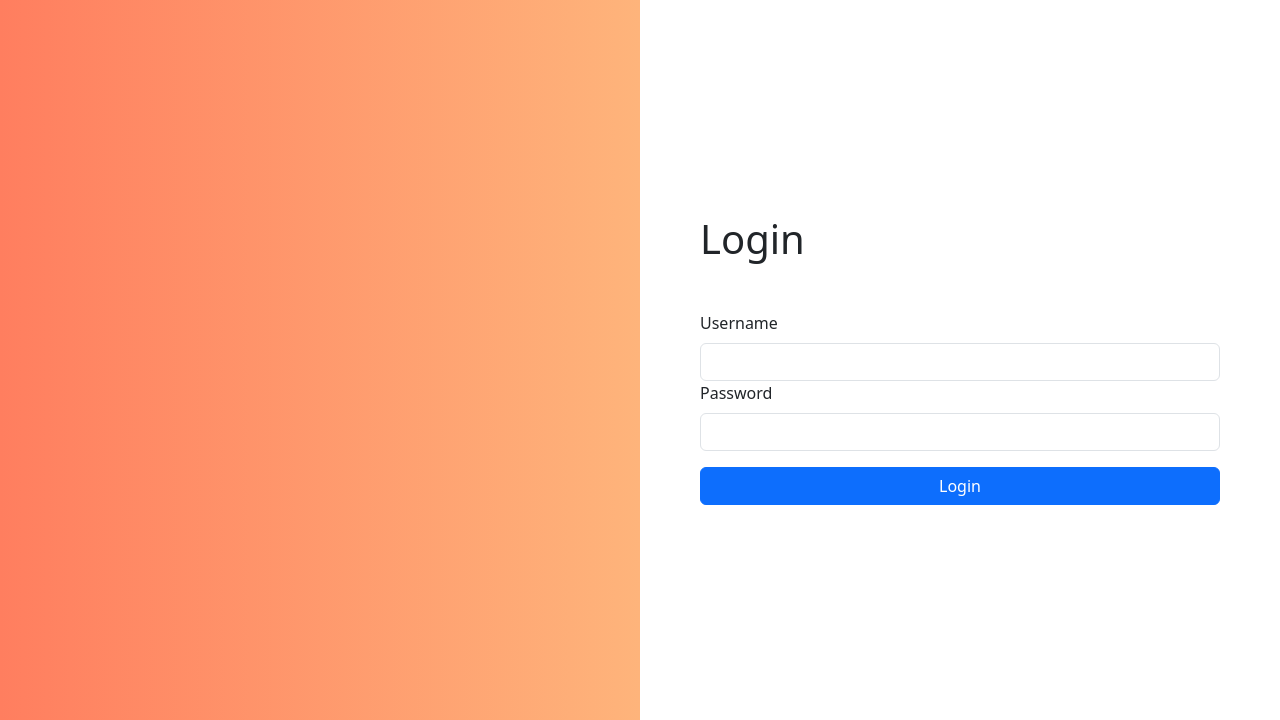
Repository: oboioz/SimpleTodoApp
Page: / (app in SimpleTodoAppFrontEnd/todo-app/)
An editor plug-in stored every save of this project. The page is shown before and after the next save, followed by the edit.
The browser window is 1280 px wide. The pictures show the whole page.
The project was rebuilt for these pictures with package versions that can differ from the ones it lists, and the page was loaded fresh each time.

Above is the page before, as saved 2024-04-03 20:36:34.

### SimpleTodoAppFrontEnd/todo-app/src/App.js
import 'bootstrap/dist/css/bootstrap.min.css';
import './App.css';
import TodoApp from './components/TodoApp';

function App() {
  return (
    <div className="App">
      <TodoApp />
    </div>
  )
}

export default App;

### SimpleTodoAppFrontEnd/todo-app/src/components/TodoApp.jsx
import LoginComponent from "./todo/Login/LoginComponent";

export default function TodoApp() {
    return (
        <div className="todo-app">
            <LoginComponent />
        </div>
    )
}

### SimpleTodoAppFrontEnd/todo-app/src/components/todo/Login/LoginComponent.jsx
import './LoginStyle.css';


function LoginComponent() {

    return (
        <div className="Login container-fluid">
            <div className="row align-items-center">
                <div className="col gradient-background">

                </div>
                <div className="col">

                    <form className="LoginForm m-5">
                        <h1 class="mb-5">Login</h1>
                        <div>
                            <label className="form-label">Username</label>
                            <input type="text" name="username" className="form-control" />
                        </div>
                        <div>
                            <label className="form-label">Password</label>
                            <input type="password" name="password" className="form-control" />
                        </div>

                        <button type="button" name="login" class="btn btn-primary mt-3">Login</button>
                    </form>
                </div>
            </div>
        </div>

    )

}

export default LoginComponent;

### SimpleTodoAppFrontEnd/todo-app/src/components/todo/Login/LoginStyle.css
.row {
    display: flex;
    justify-content: center;
    align-items: center;
    height: 100vh;
}

.LoginForm {
    display: flex;
    flex-direction: column;
    text-align: left;
    justify-content: left;
    align-items: left;
    margin-top: -8vh;
}

.img {
    width: '100%';
    height: '100%';
    object-fit:'cover';
}

.gradient-background {
    background: linear-gradient(to right, #ff7e5f, #feb47b);
    height: 100%;
}

Loaded but not shown: SimpleTodoAppFrontEnd/todo-app/public/index.html (common file); SimpleTodoAppFrontEnd/todo-app/src/index.js (common file); SimpleTodoAppFrontEnd/todo-app/src/index.css (common file); SimpleTodoAppFrontEnd/todo-app/src/reportWebVitals.js (common file); SimpleTodoAppFrontEnd/todo-app/src/App.css (common file)

After the next save:
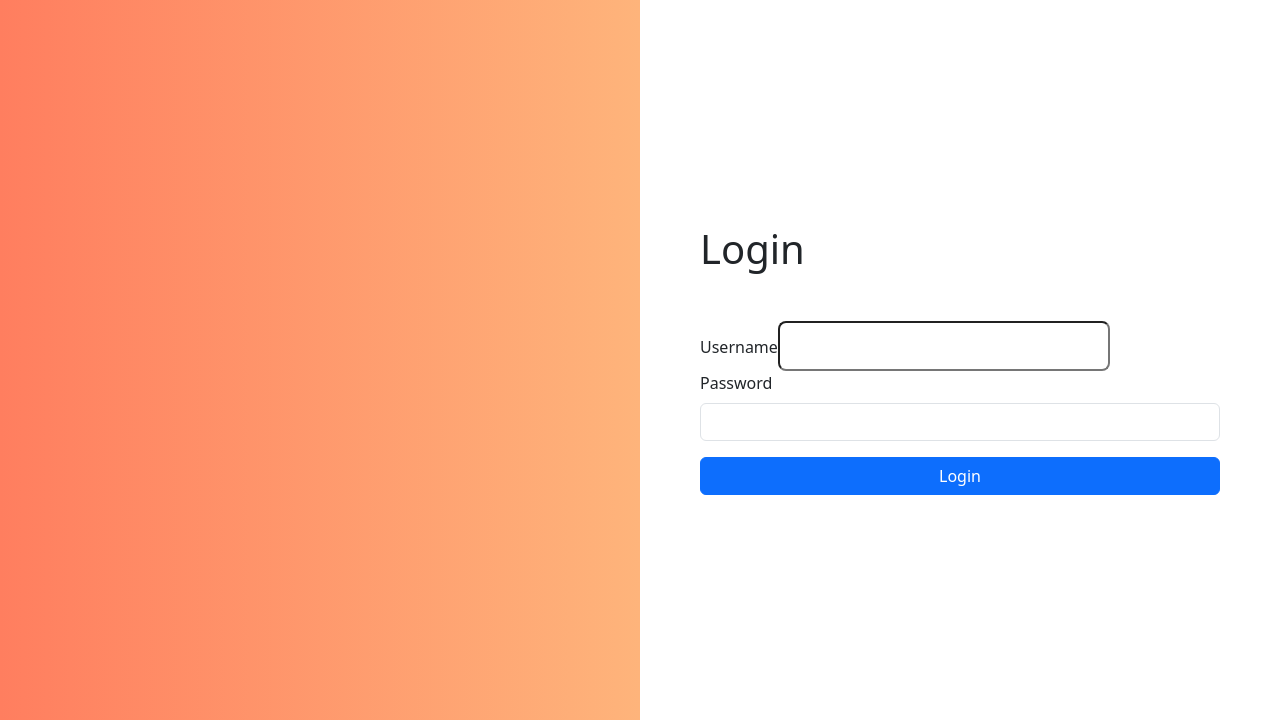
Saved 15 s later.
--- a/SimpleTodoAppFrontEnd/todo-app/src/components/todo/Login/LoginComponent.jsx
+++ b/SimpleTodoAppFrontEnd/todo-app/src/components/todo/Login/LoginComponent.jsx
@@ -15,7 +15,7 @@
                         <h1 class="mb-5">Login</h1>
                         <div>
                             <label className="form-label">Username</label>
-                            <input type="text" name="username" className="form-control" />
+                            <input type="text" name="username" className="form-control-lg" />
                         </div>
                         <div>
                             <label className="form-label">Password</label>

After the save that followed:
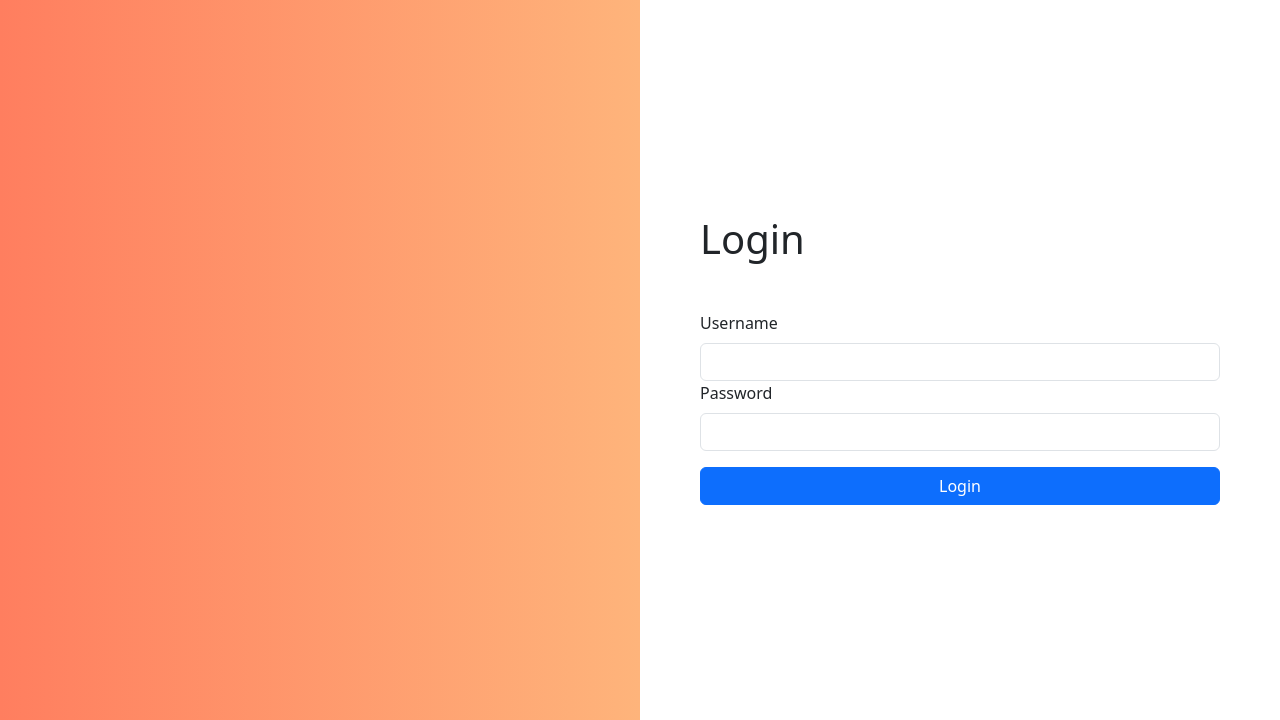
Saved 4 s later.
--- a/SimpleTodoAppFrontEnd/todo-app/src/components/todo/Login/LoginComponent.jsx
+++ b/SimpleTodoAppFrontEnd/todo-app/src/components/todo/Login/LoginComponent.jsx
@@ -15,7 +15,7 @@
                         <h1 class="mb-5">Login</h1>
                         <div>
                             <label className="form-label">Username</label>
-                            <input type="text" name="username" className="form-control-lg" />
+                            <input type="text" name="username" className="form-control" />
                         </div>
                         <div>
                             <label className="form-label">Password</label>
